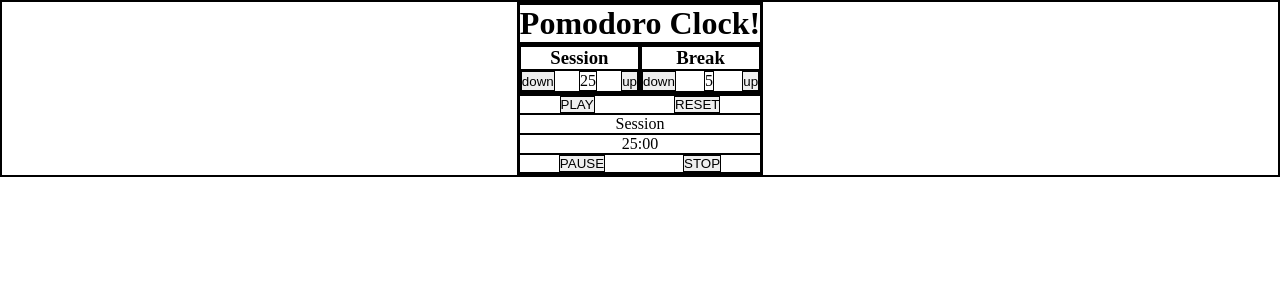
Repository: mcostigliola/pomodoroTimer
Page: index.html
The author's editor kept a copy of each file at every save. The page is drawn from the files as they stood at one save, then again after the next save.
The browser window is 1280 px wide. The pictures show the whole page.

Above is the page before, as saved 2020-05-24 15:34:40.
Console error: SyntaxError: Unexpected identifier 'variabili'

After the next save:
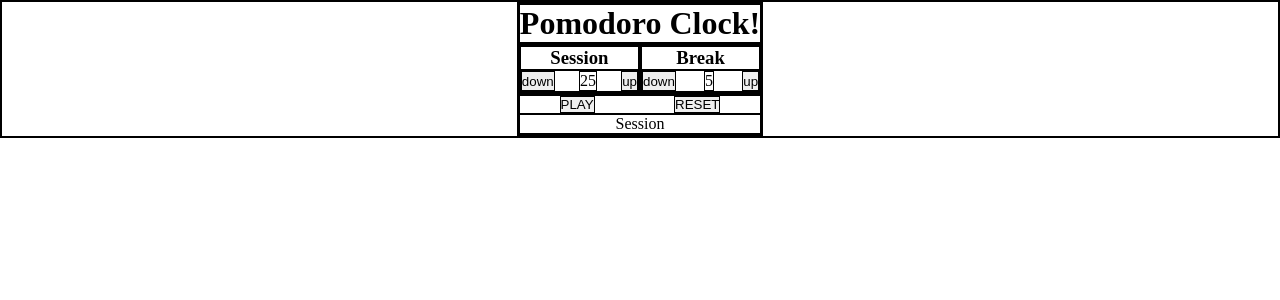
Saved 5 min 21 s later.
--- a/index.html
+++ b/index.html
@@ -18,13 +18,13 @@
       <div class="timer-configurator">
         <h3 class="cnfg-name">Session</h3>
         <div class="cnfg-controller">
-          <button class="arrow-dnw">
+          <button id="session-down" class="arrow-down">
             down
           </button>
           <div class="session-minute">
             25
           </div>
-          <button class="arrow-up">
+          <button id="session-up" class="arrow-up">
             up
           </button>
         </div>
@@ -32,7 +32,7 @@
       <div class="timer-configurator">
         <h3 class="cnfg-name">Break</h3>
         <div class="cnfg-controller">
-          <button class="arrow-dnw">
+          <button class="arrow-down">
             down
           </button>
           <div class="session-minute">
@@ -52,11 +52,6 @@
        </div>
 
        <p>Session</p>
-       <p id="timer">25:00</p>
-       <div class="btn-container">
-         <button id="btn-pause">PAUSE</button>
-         <button id="btn-stop">STOP</button>
-       </div>
 
     </div>
   </div>
